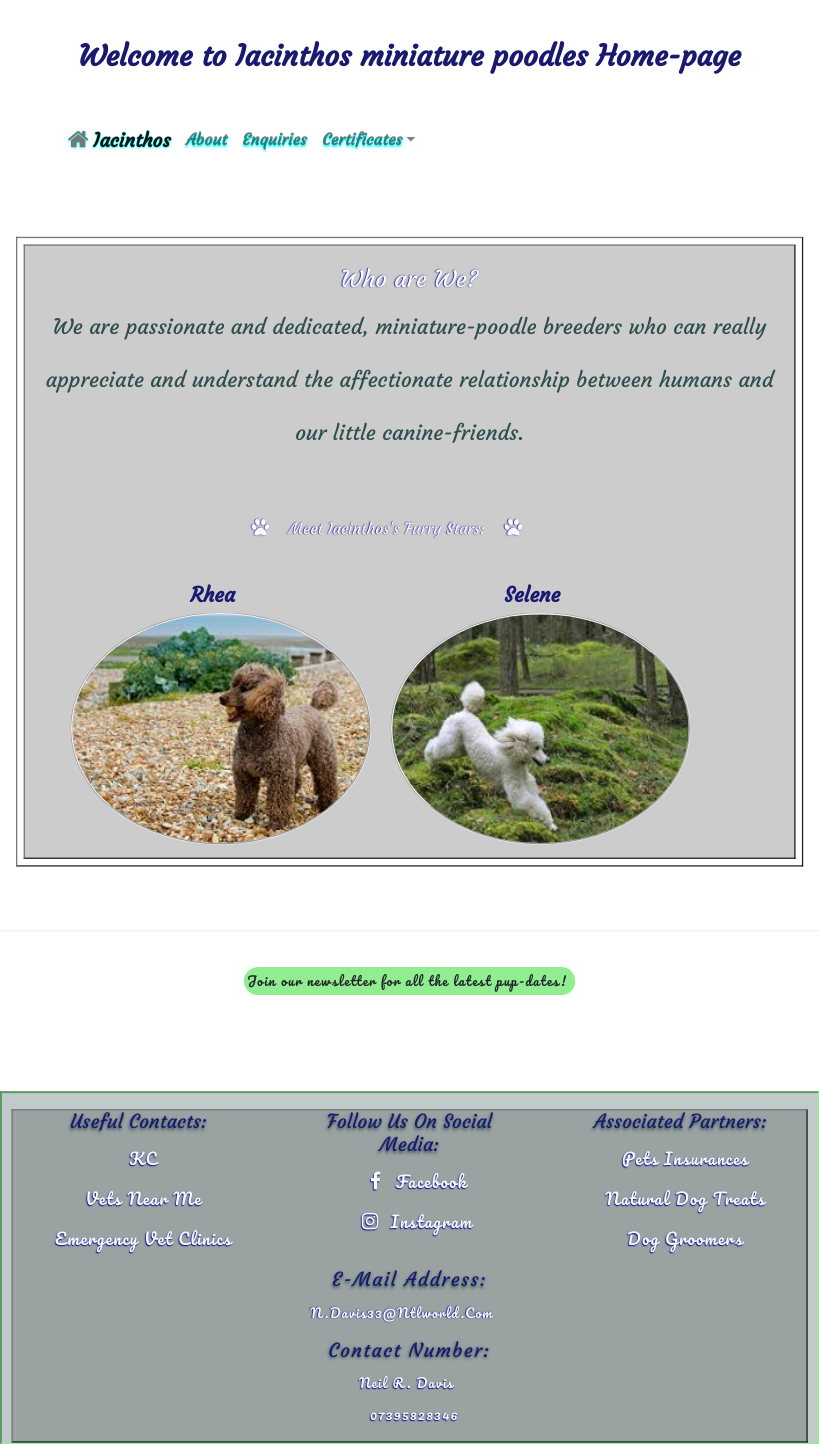
Repository: Code-Institute-Submissions/GeorgiosSklav-Iacinthos-blog
Page: index.html
The author's editor kept a record of every edit. The page is drawn from the files as they stood at one moment, then again after the next edit.
The browser window is 1280 px wide. The pictures show the whole page, at 64% of full size.

Above is the page before.

After the next edit:
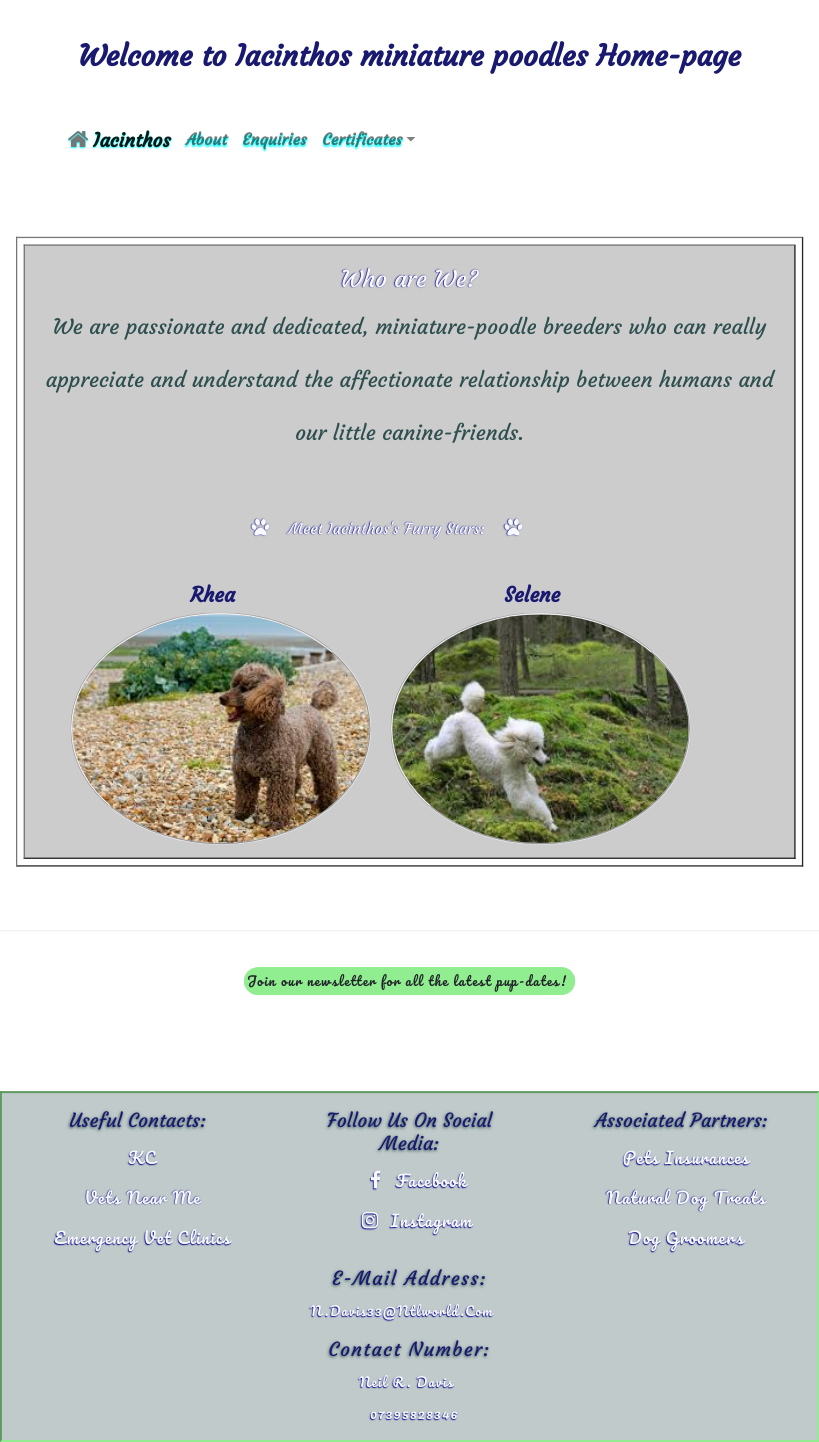
The edit:
--- a/index.html
+++ b/index.html
@@ -111,10 +111,8 @@
     <!--footer-->
 
     <footer class="container-fluid footer">
-        <div class="background-overlay">
             <div class="row">
-
-                <div class="col-12 col-md-3 col-lg-3">
+                <div class="col-12 col-md-12 col-lg-3">
                     <h4 class="social-title capitalise">Useful contacts:</h4>
                     <ul class="social-links">
                         <li>
